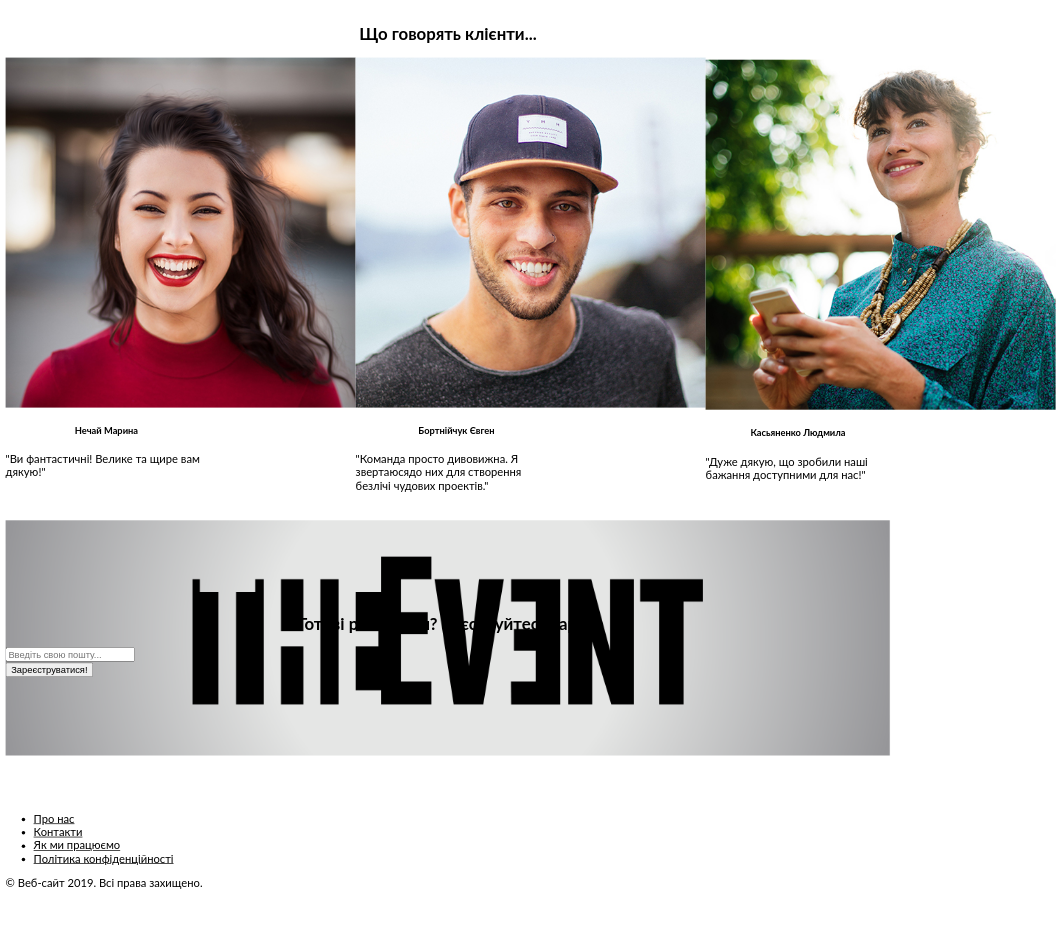
Repository: ivankovaa/HelloWorld
Page: site/index.html
The author's editor kept a record of every edit. The page is drawn from the files as they stood at one moment, then again after the next edit.
The browser window is 1280 px wide. The page is 1508 px wide, so the pictures cover 1508 px, including what lies to the right of the window. The pictures show the part of the page from y = 2545 to 4185 px (the page is 3904 px tall before and 4185 px after), at 70% of full size.

Above is the page before.

After the next edit:
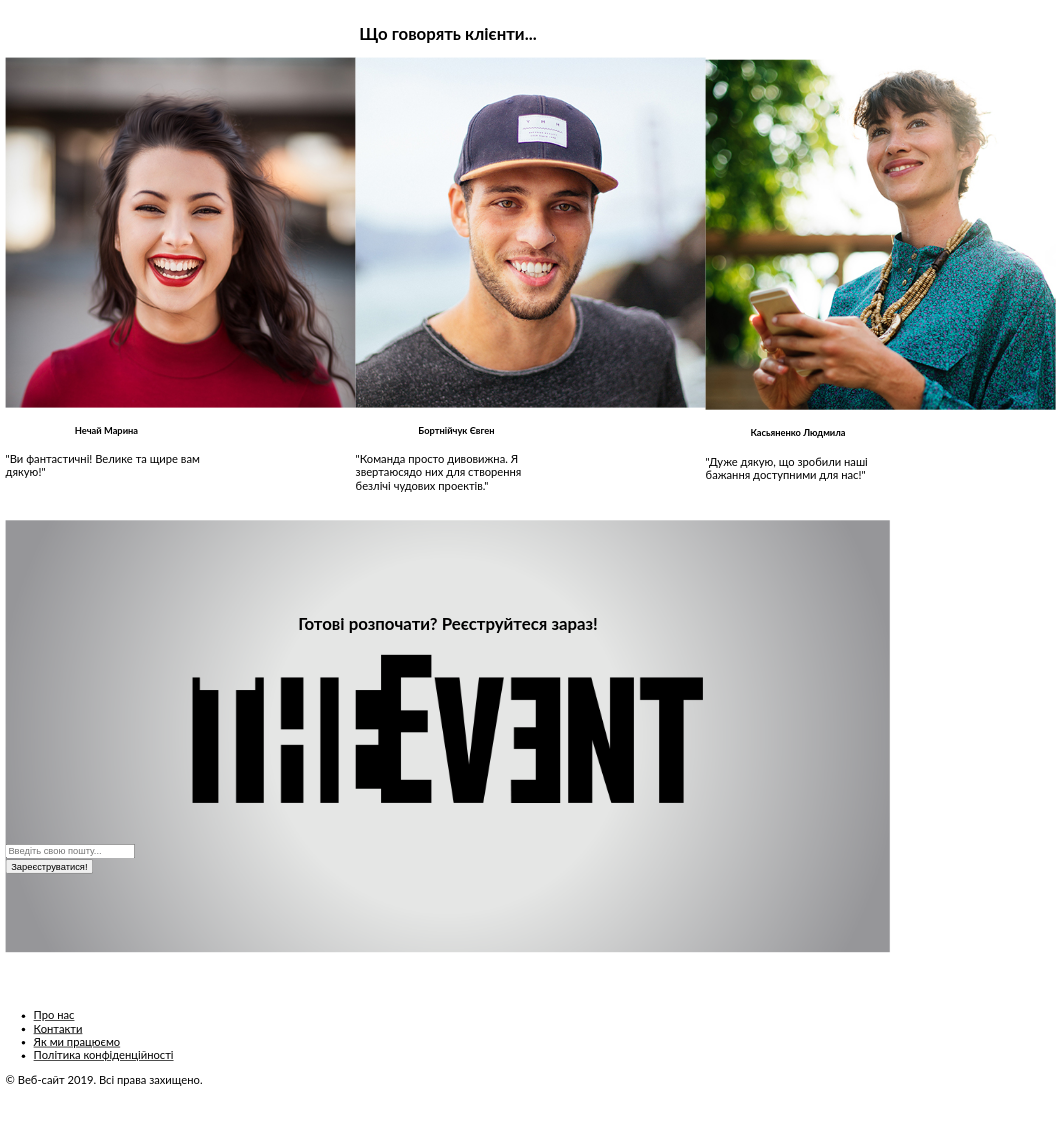
The edit:
--- a/site/css/landing-page.css
+++ b/site/css/landing-page.css
@@ -87,6 +87,11 @@
   padding-bottom: 7rem;
 }
 
+.call-to-action .form-row {
+  position: relative;
+  margin-top: 300px;
+}
+
 .info {
   padding-top: 4rem;
   padding-bottom: 4rem;
